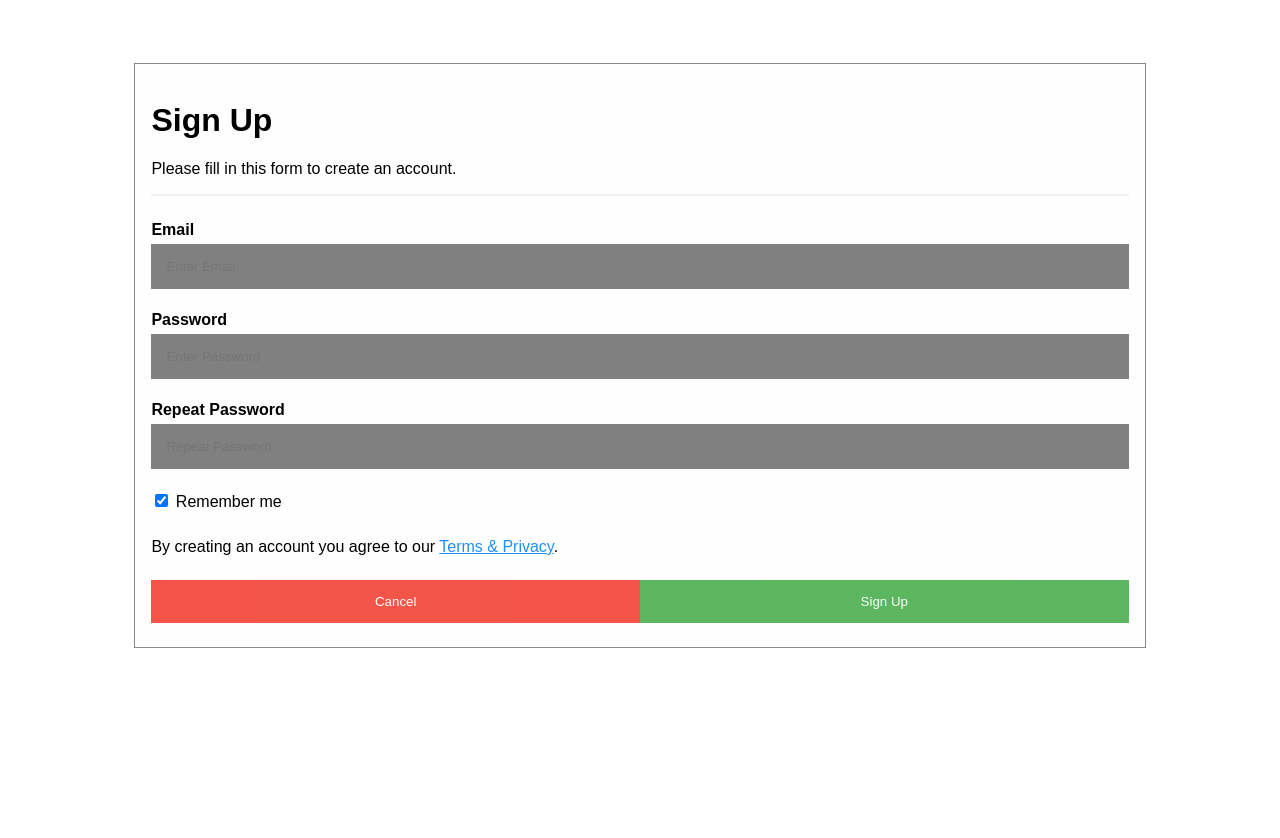
Repository: Abinesh-T/FinallDtProject
Page: http://localhost/FrontEnd/signup
These files come from the project's save history. The page is drawn as it stood at one moment and after the next save; the edit follows.
The browser window is 1280 px wide. The pictures show the whole page.
The page is served by Tomcat 9.

Above is the page before, as saved 2018-02-25 08:57:20.

After the next save:
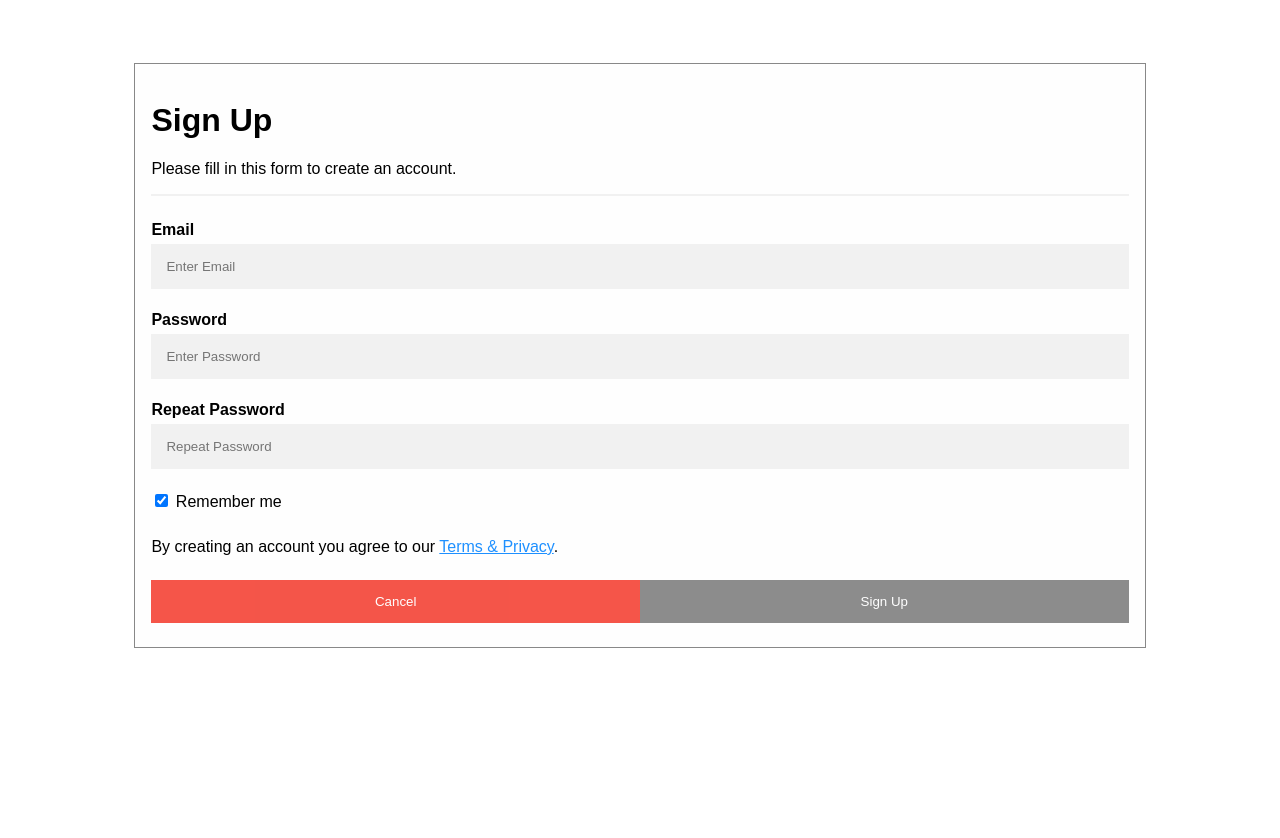
Saved 23 s later.
--- a/FrontEnd/src/main/webapp/WEB-INF/views/signup.jsp
+++ b/FrontEnd/src/main/webapp/WEB-INF/views/signup.jsp
@@ -10,18 +10,18 @@
     margin: 5px 0 22px 0;
     display: inline-block;
     border: none;
-    background: gray;
+    background: #f1f1f1;
 }
 
 /* Add a background color when the inputs get focus */
 input[type=text]:focus, input[type=password]:focus {
-    background-color: gray;
+    background-color: #ddd;
     outline: none;
 }
 
 /* Set a style for all buttons */
 button {
-    background-color: #4CAF50;
+    background-color: gray;
     color: white;
     padding: 14px 20px;
     margin: 8px 0;
